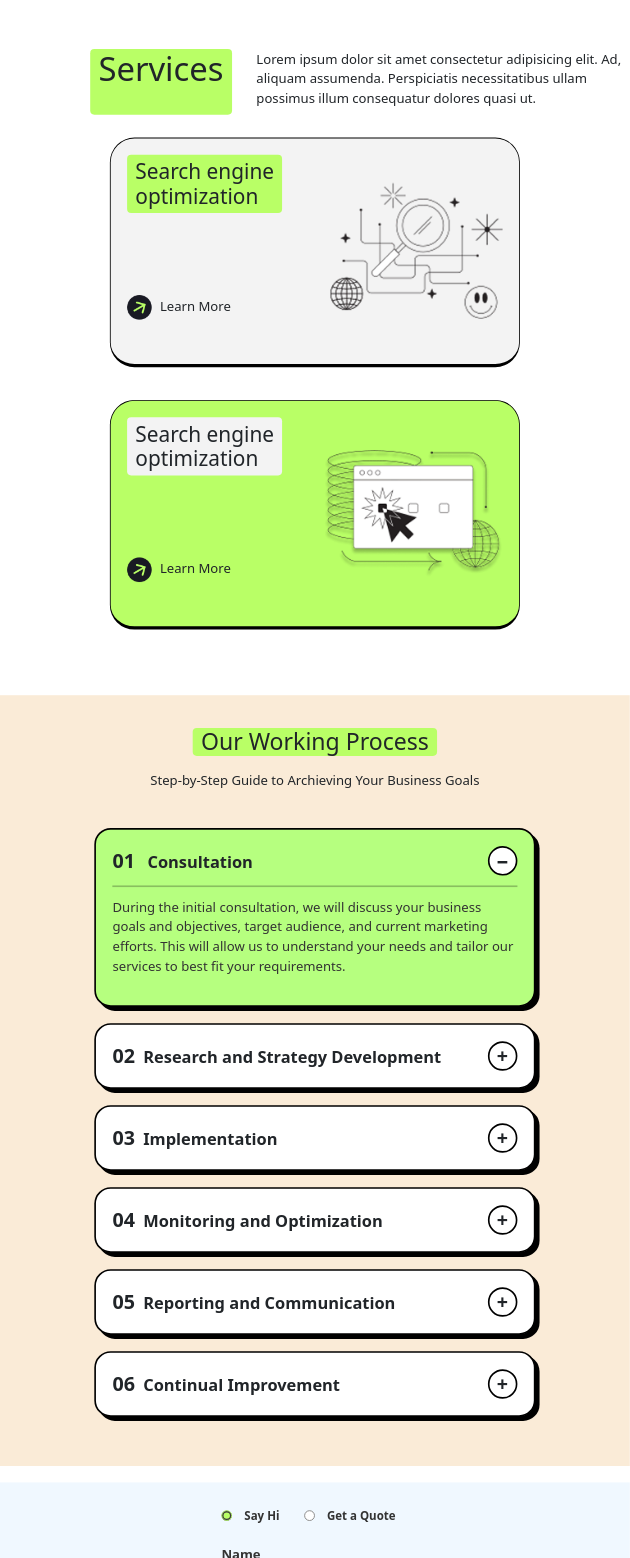
Repository: inshaabbas/CSS-Hackathon-SMIT
Page: index.html
The author's editor kept a copy of each file at every save. The page is drawn from the files as they stood at one save, then again after the next save.
The browser window is 768 px wide. The pictures show the part of the page from y = 1012 to 2912 px (the page is 3316 px tall before and 3358 px after), at 82% of full size.
A picture or video elsewhere on the page could not be fetched, so the positions and the page height are approximate.

Above is the page before, as saved 2025-06-25 10:34:51.

### index.html
<!DOCTYPE html>
<html lang="en">
<head>
    <meta charset="UTF-8">
    <meta name="viewport" content="width=device-width, initial-scale=1.0">
    <title>CSS Hackathon</title>
    <!-- Bootstrap CDN -->
     <link href="https://cdn.jsdelivr.net/npm/bootstrap@5.3.7/dist/css/bootstrap.min.css" rel="stylesheet" integrity="sha384-LN+7fdVzj6u52u30Kp6M/trliBMCMKTyK833zpbD+pXdCLuTusPj697FH4R/5mcr" crossorigin="anonymous">
    <!-- Font Awesome CDN -->
     <link rel="stylesheet" href="https://cdnjs.cloudflare.com/ajax/libs/font-awesome/6.7.2/css/all.min.css" integrity="sha512-Evv84Mr4kqVGRNSgIGL/F/aIDqQb7xQ2vcrdIwxfjThSH8CSR7PBEakCr51Ck+w+/U6swU2Im1vVX0SVk9ABhg==" crossorigin="anonymous" referrerpolicy="no-referrer"/>
    <!-- External Style Sheet -->
     <link rel="stylesheet" href="./style.css">
</head>
<body>
    <!-- Header Section Starts -->
    <header class="container-xxl">
      <div class="fixed-top">
         <nav class="navbar navbar-expand-lg bg-body-tertiary">
  <div class="container-fluid">
    <a class="navbar-brand" href="#"><img src="./Assets/logo.png" alt="Logo" width="150px"></a>
    <button class="navbar-toggler" type="button" data-bs-toggle="collapse" data-bs-target="#navbarSupportedContent" aria-controls="navbarSupportedContent" aria-expanded="false" aria-label="Toggle navigation">
      <span class="navbar-toggler-icon"></span>
    </button>
    <div class="collapse navbar-collapse" id="navbarSupportedContent">
      <ul class="navbar-nav ms-auto me-3 gap-4 mb-2 mb-lg-0">
        <li class="nav-item">
          <a class="nav-link active" aria-current="page" href="#">Aboutus</a>
        </li>
        <li class="nav-item">
          <a class="nav-link active" href="#">Services</a>
        </li>
        <li class="nav-item">
          <a class="nav-link active" aria-disabled="true">User Cases</a>
        </li>
        <li class="nav-item">
          <a class="nav-link active" aria-current="page" href="#">Pricing</a>
        </li>
        <li class="nav-item">
          <a class="nav-link active" aria-current="page" href="#">Blog</a>
        </li>
      </ul>
        <button class="btn btn-outline-dark" type="submit">Request a Quote</button>
      </form>
    </div>
  </div>
</nav>
      </div>
    </header>
    <!-- Header Section Ends -->

    <!-- Hero Section Starts -->
     <section class="hero-sec container-xxl">
        <div class="hero-text">
            <h2>Navigating the digital landscape for success</h2>
            <p>Lorem ipsum dolor sit amet consectetur adipisicing elit. Nihil sapiente officia omnis rerum, vitae nesciunt ad obcaecati sint quam accusantium Lorem ipsum dolor sit amet consectetur adipisicing elit. Quaerat nobis quos soluta accusantium perspiciatis quas ducimus dicta accusamus eius, sint adipisci cum minima aliquam debitis expedita nam eos, consectetur quasi.</p>
            <button type="button" class="btn btn-dark">Book a consultation</button>
        </div>
        <div class="hero-img">
            <img src="./Assets/hero-sec-img.png" alt="Hero Section Img" width="450px" height="330px">
        </div>
     </section>
    <!-- Hero Section Ends -->

    <!-- Social Section Starts -->
     <section class="social-sec container-xxl">
       <img src="./Assets/Amazon.png" alt="Amazon">
       <img src="./Assets/Dribbble.png" alt="Dribbble">
       <img src="./Assets/Hubspot-icon-removebg-preview.png" alt="Hubspot">
       <img src="./Assets/Notion.png" alt="Notion">
       <img src="./Assets/Netflix.png" alt="Netflix" class="gray">
       <img src="./Assets/Zoom.png" alt="Zoom" class="gray">
     </section>
    <!-- Social Section Ends -->

    <!-- Service Section Starts -->
     <section class="service-sec container-xxl">
      <div class="service-head">
        <h2>Services</h2>
        <p>Lorem ipsum dolor sit amet consectetur adipisicing elit. Ad, aliquam assumenda. Perspiciatis necessitatibus ullam possimus illum consequatur dolores quasi ut.</p>
      </div>
      <div class="service-cards">
        <div class="service-card-1 hover-img">
          <div class="ser-card-1-text">
             <h3>Search engine <br> optimization</h3>
             <p><img src="./Assets/service-icon.png" alt="Service Icon" width="30px">Learn More</p>
          </div>
          <div class="ser-card-1-img">
            <img src="./Assets/Service-card-1img.png" alt="">
          </div>
        </div>
        <div class="service-card-2 hover-img">
          <div class="ser-card-2-text">
             <h3>Search engine <br> optimization</h3>
             <p><img src="./Assets/service-icon.png" alt="Service Icon" width="30px">Learn More</p>
          </div>
          <div class="ser-card-2-img">
            <img src="./Assets/Service-card-2-img.png" alt="">
          </div>
        </div>
      </div>
     </section>
    <!-- Service Section Ends -->

     <!-- Working section Starts -->
     <section class="working-section container-xxl">
      <div class="working-head">
        <h2>Our Working Process</h2>
        <p>Step-by-Step Guide to Archieving Your Business Goals</p>
      </div>
      <div class="faq-section">
  <details open>
    <summary><span><span class="number">01</span> Consultation</span> <span class="plus"></span></summary>
    <hr class="divider">
    <div class="faq-content">
      <p>During the initial consultation, we will discuss your business goals and objectives, target audience, and current marketing efforts. This will allow us to understand your needs and tailor our services to best fit your requirements.</p>
    </div>
  </details>

  <details>
    <summary><span><span class="number">02</span>Research and Strategy Development</span> <span class="plus"></span></summary>
    <hr class="divider">
    <div class="faq-content">
      We research your market and competitors to develop a custom strategy aligned with your business goals.
    </div>
  </details>

   <details>
    <summary><span><span class="number">03</span>Implementation</span> <span class="plus"></span></summary>
    <hr class="divider">
    <div class="faq-content">
      We research your market and competitors to develop a custom strategy aligned with your business goals.
    </div>
  </details>

   <details>
    <summary><span><span class="number">04</span>Monitoring and Optimization</span> <span class="plus"></span></summary>
    <hr class="divider">
    <div class="faq-content">
      We research your market and competitors to develop a custom strategy aligned with your business goals.
    </div>
  </details>

   <details>
    <summary><span><span class="number">05</span>Reporting and Communication</span> <span class="plus"></span></summary>
    <hr class="divider">
    <div class="faq-content">
      We research your market and competitors to develop a custom strategy aligned with your business goals.
    </div>
  </details>

   <details>
    <summary><span><span class="number">06</span>Continual Improvement</span> <span class="plus"></span></summary>
    <hr class="divider">
    <div class="faq-content">
      We research your market and competitors to develop a custom strategy aligned with your business goals.
    </div>
  </details>
      </div>
      </section>

    <!-- Working section Ends -->





     <!-- Contact section Starts -->
     <section class="contact-section container-xxl">
      <div class="contact-form">
        <form>
          <div class="radio-group">
            <label><input type="radio" name="purpose" checked>Say Hi</label>
            <label><input type="radio" name="purpose"> Get a Quote</label>
          </div>

          <div class="form-group">
            <label for="name">Name</label>
            <input type="text" id="name" name="name" placeholder="Name" required>
          </div>

          <div class="form-group">
            <label for="email">Email*</label>
            <input type="email" id="email" name="email" placeholder="Email" required>
          </div>

          <div class="form-group">
            <label for="message">Message*</label>
            <textarea id="message" name="message" placeholder="Message" rows="4" required></textarea>
          </div>

          <button type="submit" class="send-btn">Send Message</button>
        </form>
       </div>
      <div class="contact-image">
        <img src="./Assets/Contact-img.png" alt="Contact img" width="400px">
      </div>
     </section>







<script src="https://cdn.jsdelivr.net/npm/@popperjs/core@2.11.8/dist/umd/popper.min.js" integrity="sha384-I7E8VVD/ismYTF4hNIPjVp/Zjvgyol6VFvRkX/vR+Vc4jQkC+hVqc2pM8ODewa9r" crossorigin="anonymous"></script>
<script src="https://cdn.jsdelivr.net/npm/bootstrap@5.3.7/dist/js/bootstrap.min.js" integrity="sha384-7qAoOXltbVP82dhxHAUje59V5r2YsVfBafyUDxEdApLPmcdhBPg1DKg1ERo0BZlK" crossorigin="anonymous"></script>
</body>
</html>

### style.css
.hover-img{
    transition: transform 0.3s ease;
}

.hover-img:hover{
    transform: scale(1.1);
}

.hero-sec{
    display: flex;
    justify-content: space-around;
    align-items: center;
    padding: 20px;
    height: 500px;
    padding-top: 80px;
}

.hero-text{
    width: 50%;
}

.hero-text h2{
    font-size: 35px;
    font-weight: bold;
}

@media screen and (max-width: 1010px) {
    .hero-img img{
        width: 350px;
        height: 300px;
    }
    .hero-sec{
        height: auto;
    }
}

@media screen and (max-width: 800px){
    .hero-sec{
        flex-direction: column;
        gap: 50px;
    }

    .hero-text{
    width: 100%;
}
}

/* Hero Section End */

/* Social Section Starts */
.social-sec{
    height: auto;
    display: flex;
    justify-content: center;
    align-items: center;
    gap: 40px;
    flex-wrap: wrap;
    padding: 20px;
    margin-top: 40px;
}

.social-sec img{
    width: 120px;
}

.gray{
    filter: grayscale(100%);
}

/* Social Section Ends */


/* Service Section Starts */

.service-sec{
    height: auto;
    margin-top: 40px;
    padding: 40px 10px;
}

.service-head{
    display: flex;
    margin-left: 100px;
    gap: 30px;
}

.service-head h2{
    background-color: #b9ff66;
    padding: 0px 10px;
    border-radius: 5px;
    font-size: 40px;
}

.service-head p{
    width: 600px;
}

.service-cards{
    padding-top: 40px;
    display: flex;
    justify-content: center;
    align-items: center;
    flex-wrap: wrap;
    gap: 40px;
    padding: 20px;
}

/* Card 1  */
.service-card-1{
    display: flex;
    justify-content: space-between;
    width: 500px;
    height: 280px;
    background-color: #f3f3f3;
    border-radius: 30px;
    padding: 20px;
    border-bottom: black solid 4px;
    border-top: black solid 1px;
    border-left: black solid 1px;
    border-right: black solid 1px;
}

.service-card-1 p img{
    margin-right: 10px;
}

.service-card-1 p{
    margin-top: 100px;
}

.ser-card-1-img{
    display: flex;
    justify-content: center;
    align-items: center;
}

.ser-card-1-text h3{
    background-color: #b9ff66;
    padding: 5px 10px;
    border-radius: 5px;
}

/* Card 2 */

.service-card-2{
    display: flex;
    justify-content: space-between;
    width: 500px;
    height: 280px;
    background-color: #b9ff66;
    border-radius: 30px;
    padding: 20px;
    border-bottom: black solid 4px;
    border-top: black solid 1px;
    border-left: black solid 1px;
    border-right: black solid 1px;
}

.service-card-2 p img{
    margin-right: 10px;
}

.service-card-2 p{
    margin-top: 100px;
}

.ser-card-2-img{
    display: flex;
    justify-content: center;
    align-items: center;
}

.ser-card-2-text h3{
    background-color: #f3f3f3;
    padding: 5px 10px;
    border-radius: 5px;
}

/* Service Section Ends*/

/* Working Section Starts */

.working-section{
    background-color: antiquewhite;
    /* height: 500px; */
    height: auto;
    margin-top: 20px;
    padding: 40px 10px;
}

.working-head{
    display: flex;
    align-items: center;
    margin-left: 100px;
    gap: 30px;
}

.working-head h2{
    background-color: #b9ff66;
    padding: 0px 10px;
    border-radius: 5px;
}

.working-head p{
    width: 100%;
    max-width: 600px;
}

.faq-section{
    display: flex;
    flex-direction: column;
    justify-content: center;
    align-items: center;
    margin-top: 30px;
    padding: 0px 10px;
}

details {
      border: 2px solid #000;
      border-radius: 20px;
      margin-bottom: 20px;
      padding: 20px;
      box-shadow: 5px 5px 0 #000;
      background-color: #fff;
      transition: all 0.3s ease;
      width: 70vw;
    }

    details[open] {
      background-color: #b6ff7f;
    }

    summary {
      list-style: none;
      cursor: pointer;
      font-weight: bold;
      font-size: 20px;
      display: flex;
      justify-content: space-between;
      align-items: center;
    }

    summary::-webkit-details-marker {
      display: none;
    }

    .number {
      font-size: 24px;
      margin-right: 10px;
    }

    .plus::after {
      content: "+";
      font-size: 24px;
      width: 36px;
      height: 36px;
      display: inline-flex;
      align-items: center;
      justify-content: center;
      border: 2px solid #000;
      border-radius: 50%;
      background: #fff;
    }

    details[open] .plus::after {
      content: "−";
    }

    .faq-content {
      margin-top: 10px;
      font-size: 16px;
      line-height: 1.5;
      color: #333;
    }

    .divider {
      display: none;
      border: none;
      border-top: 2px solid #000;
      margin: 12px 0;
    }

    details[open] .divider {
      display: block;
    }

    details[open] .faq-content {
      display: block;
    }


@media screen and (max-width: 1084px){
    .working-head{
        flex-direction: column;
        justify-content: center;
        align-items: center;
        text-align: center;
        gap: 10px;
        margin-left: 0px;
    }
}

@media screen and (max-width: 700px){
    summary span{
        font-size: 16px;
    }

    .number{
        font-size: 16px;
    }

    .plus::after{
        font-size: 20px;
        width: 25px;
        height: 25px;
    }

    details{
        width: 90vw;
    }
}

@media screen and (max-width: 420px){
    summary span{
        font-size: 13px;
    }

    .number{
        font-size: 14px;
    }
}
/* Working Section Ends */




















/* Contact Section Starts */

.contact-section{
    display: flex;
    justify-content: space-between;
    /* height: 400px; */
    height: auto;
    background-color: aliceblue;
    margin-top: 20px;
    padding: 60px 0px 40px 20px
}

.contact-form{
    width: 100%;
    margin-left: 40px;
}

.radio-group {
  display: flex;
  gap: 30px;
  margin-bottom: 20px;
  font-size: 14px;
}

.radio-group label{
  display: flex;
  align-items: center;
  gap: 15px;
  font-size: 14px;
  color: #333;
  cursor: pointer;
  /* width: 100px; */
  white-space: nowrap
}


input[type="radio"] {
  accent-color: #b9ff66;
}

.form-group {
  margin-bottom: 15px;
}

label {
  display: block;
  margin-bottom: 5px;
  font-weight: bold;
  color: #333;
}

input,
textarea {
  width: 100%;
  max-width: 500px;
  padding: 12px;
  font-size: 14px;
  border: 1px solid #ccc;
  border-radius: 10px;
  box-sizing: border-box;
}

.send-btn{
  background-color: #000;
  color: #fff;
  border: none;
  padding: 12px;
  width: 100%;
  max-width: 500px;
  border-radius: 10px;
  font-size: 16px;
  cursor: pointer;
  transition: background-color 0.3s;
}

.send-btn:hover {
  background-color: #333;
}

.contact-image {
  flex: 1;
  text-align: right;
  min-width: 300px;
  overflow-x: hidden;
}

@media screen and (max-width: 890px){
    .contact-image img {
        display: none;
    }

    .contact-section {
        flex-direction: column;
        align-items: center;
        padding: 30px 20px;
    }

    .contact-form {
        margin-left: 0;
        width: 100%;
        display: flex;
        flex-direction: column;
        align-items: center;
        /* background-color: pink;  */
    }

    .form-group,
    input,
    textarea,
    .send-btn {
        width: 100%;
        max-width: 600px;
    }
}

/* Contact Section Ends*/

After the next save:
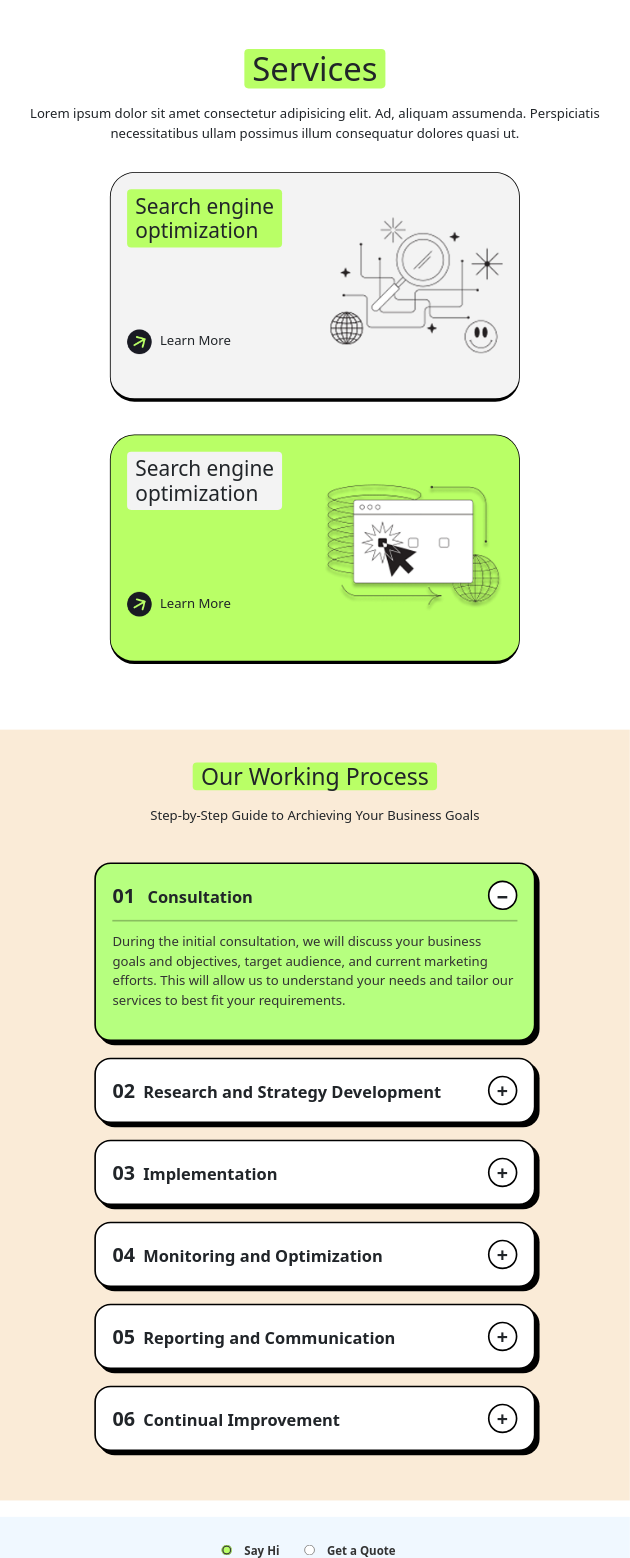
Saved 2 min 23 s later.
--- a/style.css
+++ b/style.css
@@ -174,6 +174,21 @@
     background-color: #f3f3f3;
     padding: 5px 10px;
     border-radius: 5px;
+}
+
+@media screen and (max-width: 865px){
+    .service-head{
+        flex-direction: column;
+        justify-content: center;
+        align-items: center;
+        text-align: center;
+        margin-left: 0px;
+        gap: 10px;
+    }
+
+    .service-head p{
+        width: 100%;
+    }
 }
 
 /* Service Section Ends*/
